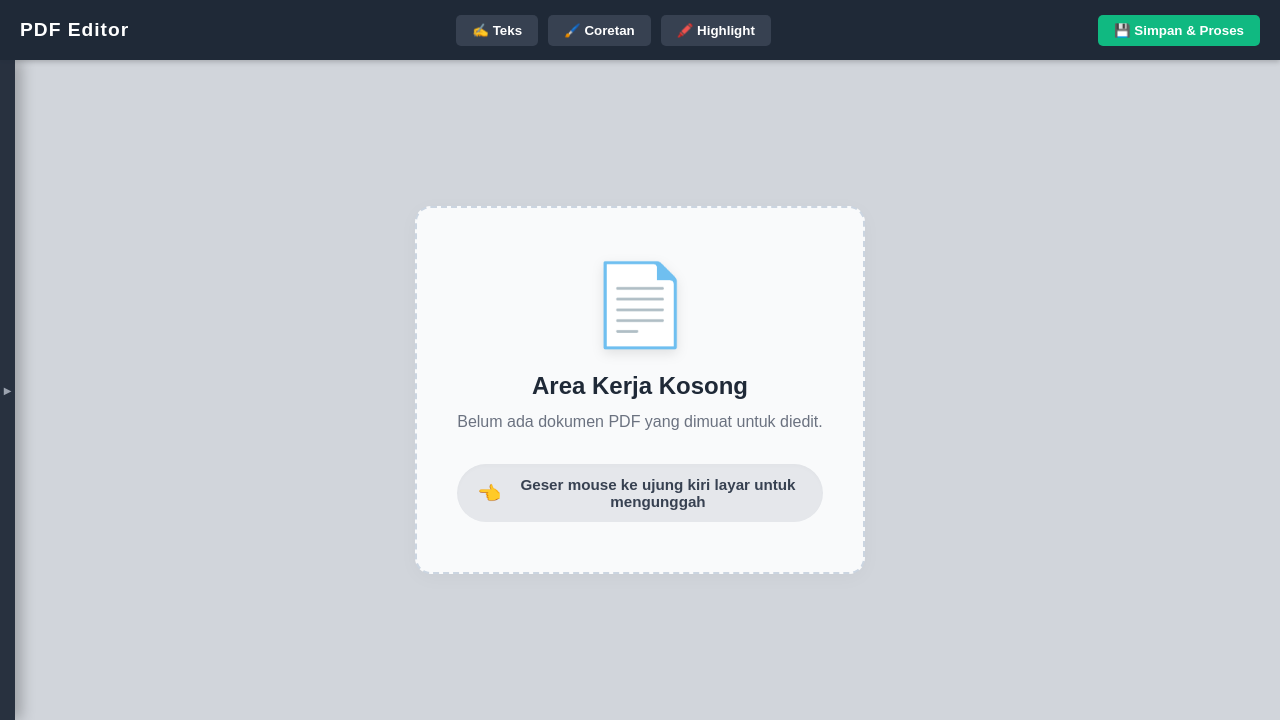
Repository: IkhsanMoekhtar/pdf_editor
Page: /
An editor plug-in stored every save of this project. The page is shown before and after the next save, followed by the edit.
The browser window is 1280 px wide. The pictures show the whole page.
The project was rebuilt for these pictures with package versions that can differ from the ones it lists, and the page was loaded fresh each time. Also part of the build but not shown: vite.config.js.

Above is the page before, as saved 2026-03-18 04:50:03.

After the next save:
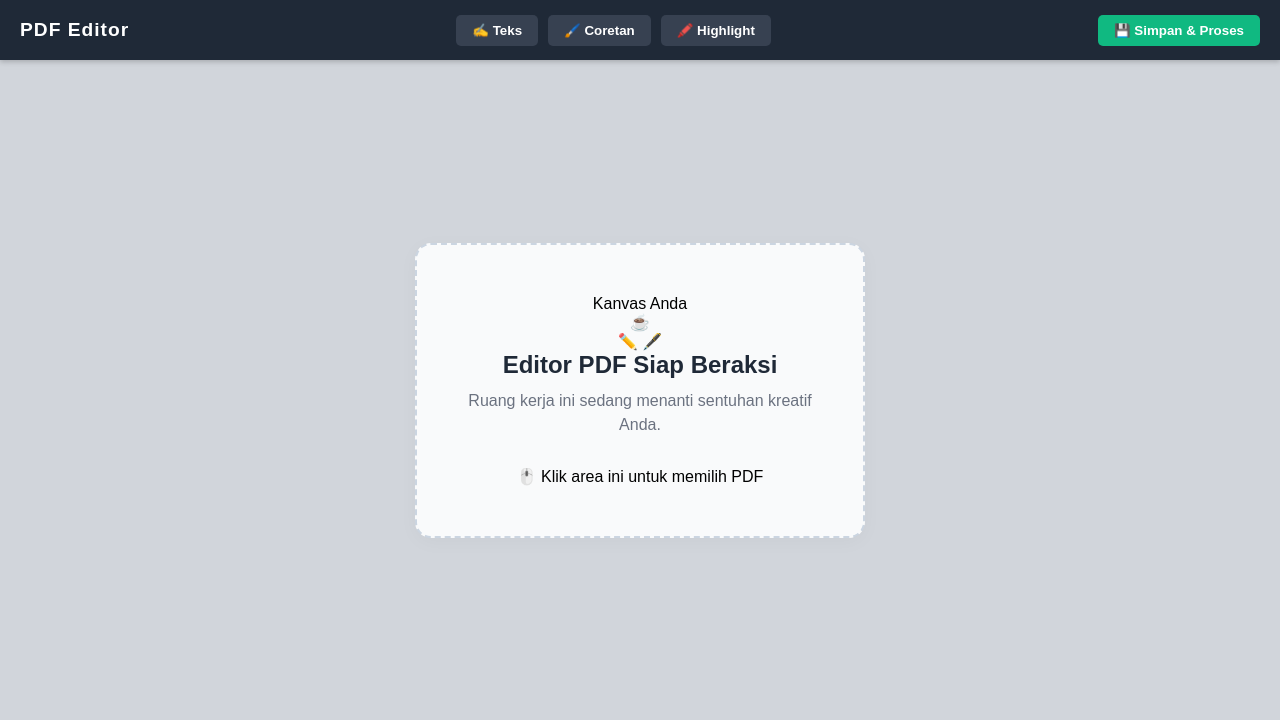
Saved 3 min 39 s later.
--- a/src/App.jsx
+++ b/src/App.jsx
@@ -1,9 +1,12 @@
-import React, { useState } from 'react';
+import React, { useState, useRef } from 'react';
 import './App.css';
 
 function App() {
   const [pdfFile, setPdfFile] = useState(null);
   const [activeTool, setActiveTool] = useState(null);
+
+  // Membuat referensi untuk elemen input file yang disembunyikan
+  const fileInputRef = useRef(null);
 
   const handleFileUpload = (event) => {
     const file = event.target.files[0];
@@ -23,6 +26,11 @@ function App() {
     }
   };
 
+  // Fungsi yang dijalankan saat area kosong diklik
+  const triggerUpload = () => {
+    fileInputRef.current.click(); // Memicu klik pada input file yang asli
+  };
+
   return (
     <div className="app-container">
 
@@ -33,22 +41,13 @@ function App() {
         </div>
 
         <div className="tools-group">
-          <button
-            className={`tool-btn ${activeTool === 'text' ? 'active' : ''}`}
-            onClick={() => handleToolClick('text')}
-          >
+          <button className={`tool-btn ${activeTool === 'text' ? 'active' : ''}`} onClick={() => handleToolClick('text')}>
             ✍️ Teks
           </button>
-          <button
-            className={`tool-btn ${activeTool === 'draw' ? 'active' : ''}`}
-            onClick={() => handleToolClick('draw')}
-          >
+          <button className={`tool-btn ${activeTool === 'draw' ? 'active' : ''}`} onClick={() => handleToolClick('draw')}>
             🖌️ Coretan
           </button>
-          <button
-            className={`tool-btn ${activeTool === 'highlight' ? 'active' : ''}`}
-            onClick={() => handleToolClick('highlight')}
-          >
+          <button className={`tool-btn ${activeTool === 'highlight' ? 'active' : ''}`} onClick={() => handleToolClick('highlight')}>
             🖍️ Highlight
           </button>
         </div>
@@ -60,34 +59,6 @@ function App() {
 
       {/* --- AREA KERJA UTAMA --- */}
       <main className="workspace">
-
-        {/* --- SIDEBAR TERSEMBUNYI (Slide dari Kiri) --- */}
-        <aside className="slide-sidebar">
-          {/* Elemen visual kecil agar user tahu ada menu di kiri */}
-          <div className="sidebar-hint">▶</div>
-
-          <div className="sidebar-content">
-            <h3 style={{ marginBottom: '20px', borderBottom: '1px solid #4b5563', paddingBottom: '10px' }}>
-              Detail Dokumen
-            </h3>
-
-            <label className="upload-label">
-              Unggah Dokumen PDF
-              <input type="file" accept="application/pdf" style={{ display: 'none' }} onChange={handleFileUpload} />
-            </label>
-
-            {pdfFile && (
-              <div className="document-info">
-                <p>✅ Dokumen aktif dimuat.</p>
-                <p style={{ fontSize: '12px', color: '#9ca3af', marginTop: '10px' }}>
-                  Arahkan mouse keluar dari area ini untuk menutup panel.
-                </p>
-              </div>
-            )}
-          </div>
-        </aside>
-
-        {/* --- AREA PENAMPIL PDF --- */}
         <div className="viewer-container">
           {pdfFile ? (
             <iframe
@@ -98,19 +69,49 @@ function App() {
               style={{ border: 'none' }}
             />
           ) : (
-            <div className="empty-state">
-              <div className="empty-state-icon">📄</div>
-              <h3>Area Kerja Kosong</h3>
-              <p>Belum ada dokumen PDF yang dimuat untuk diedit.</p>
+            // --- AREA KOSONG (KLIK UNTUK UPLOAD) ---
+            // Tambahkan event onClick ke kontainer utama
+            <div className="empty-state desktop-scene" onClick={triggerUpload}>
 
-              <div className="upload-hint">
-                <span className="animate-bounce">👈</span>
-                Geser mouse ke ujung kiri layar untuk mengunggah
+              {/* INPUT FILE TERSEMBUNYI */}
+              <input
+                type="file"
+                accept="application/pdf"
+                style={{ display: 'none' }}
+                ref={fileInputRef}
+                onChange={handleFileUpload}
+              />
+
+              {/* Dekorasi Papan Klip */}
+              <div className="clipboard">
+                <div className="clipboard-paper">
+                  <div className="clipboard-header">Kanvas Anda</div>
+                  <div className="clipboard-content">
+                    <div className="empty-line large"></div>
+                    <div className="empty-line"></div>
+                    <div className="empty-line medium"></div>
+                    <div className="empty-line large"></div>
+                  </div>
+                </div>
+              </div>
+
+              {/* Dekorasi Meja */}
+              <div className="desk-item coffee-cup">☕️</div>
+              <div className="desk-item pens">✏️ 🖋️</div>
+
+              {/* Pesan */}
+              <div className="message-container">
+                <h3>Editor PDF Siap Beraksi</h3>
+                <p>Ruang kerja ini sedang menanti sentuhan kreatif Anda.</p>
+              </div>
+
+              {/* Petunjuk Memulai */}
+              <div className="start-hint-pil">
+                <span className="bouncy-arrow">🖱️</span> Klik area ini untuk memilih PDF
               </div>
             </div>
           )}
         </div>
-
       </main>
     </div>
   );
